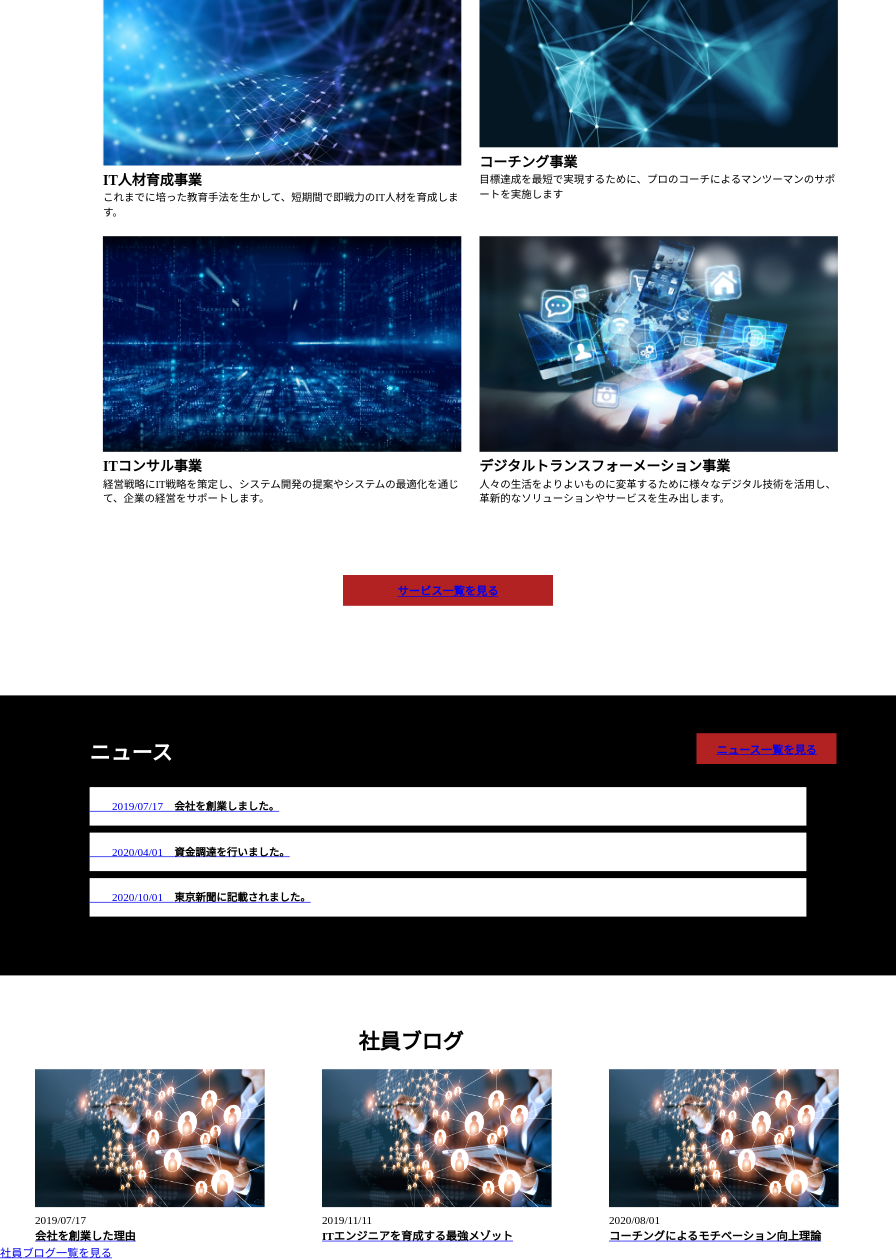
Repository: sigemasaasuka/20211012sigemasa
Page: index.html
The author's editor kept a copy of each file at every save. The page is drawn from the files as they stood at one save, then again after the next save.
The browser window is 1280 px wide. The pictures show the part of the page from y = 1019 to 2939 px (the page is 2819 px tall before and 2939 px after), at 70% of full size.

Above is the page before, as saved 2021-10-20 16:52:24.

After the next save:
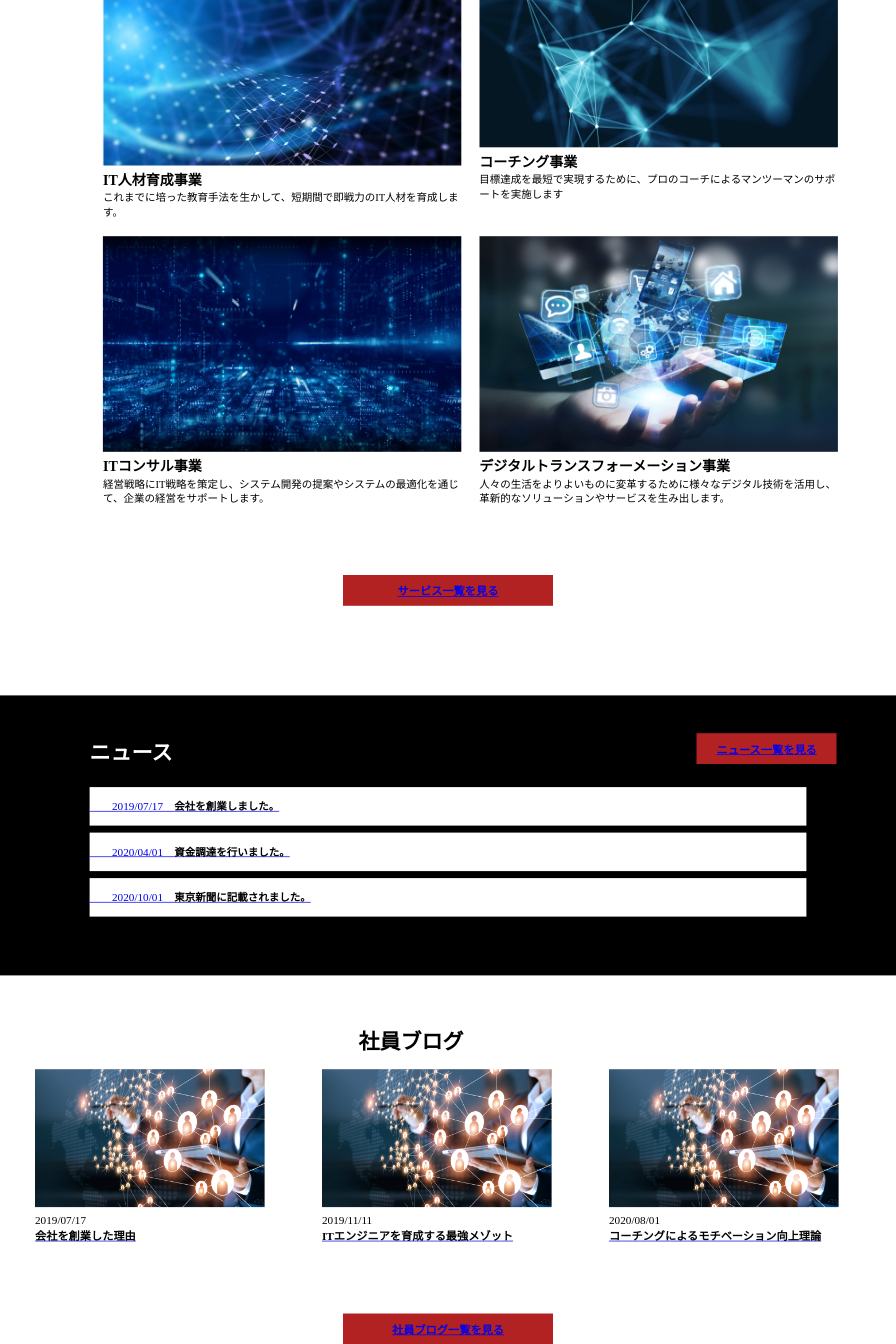
Saved 19 s later.
--- a/css/index.css
+++ b/css/index.css
@@ -319,7 +319,7 @@
   color: #000;
 }
 
-.list1 {
+.list2 {
   width: 300px;
   padding: 10px 0;
   color: #fff;
